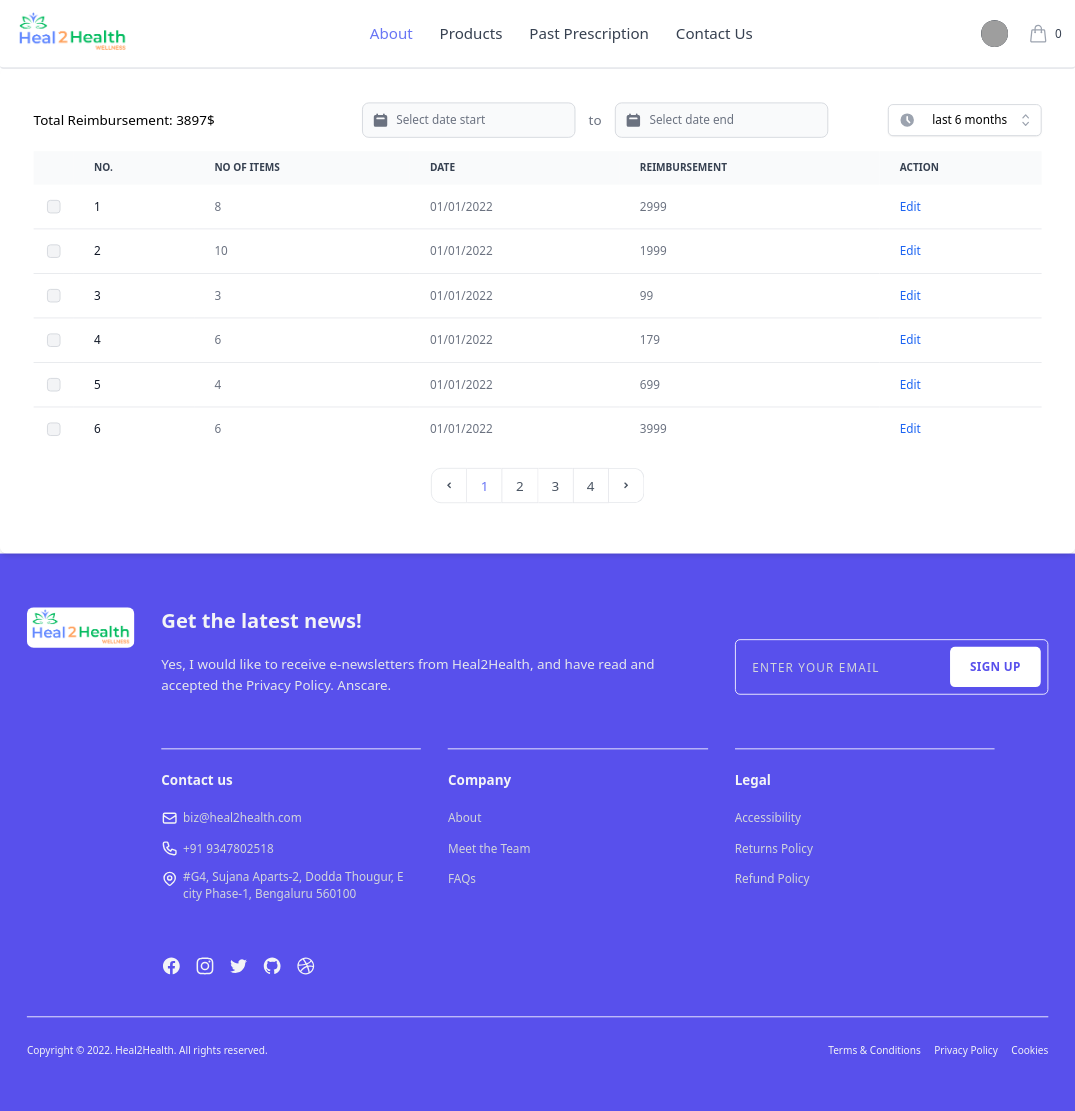
Repository: Akash123-coder/H2H
Page: /pastprescription (app in Frontend/)
The author's editor kept a copy of each file at every save. The page is drawn from the files as they stood at one save, then again after the next save.
The browser window is 1280 px wide. The pictures show the whole page, at 84% of full size.
Pictures or frames that could not be fetched are drawn as grey boxes. The project was rebuilt for these pictures with package versions that can differ from the ones it lists, and the page was loaded fresh each time. Also part of the build but not shown: Frontend/vite.config.ts, Frontend/src/pages/About.tsx, Frontend/src/components/Cta.jsx, Frontend/src/pages/Home.jsx, Frontend/src/components/Product.tsx, Frontend/src/pages/Prescription.jsx, Frontend/src/pages/SignUp.jsx, Frontend/src/pages/Login.jsx and 1 more.

Above is the page before, as saved 2022-10-04 13:32:10.

### Frontend/index.html
<!DOCTYPE html>
<html lang="en">
  <head>
    <meta charset="UTF-8" />
    <link rel="icon" type="image/svg+xml" href="/vite.svg" />
    <meta name="viewport" content="width=device-width, initial-scale=1.0" />
    <title>Heal2Health</title>
  </head>
  <body>
    <div id="root"></div>
    <script type="module" src="/src/main.tsx"></script>
  </body>
</html>

### Frontend/src/main.tsx
import React from 'react'
import ReactDOM from 'react-dom/client'
import App from './App'
import './index.css'
import {BrowserRouter} from 'react-router-dom'

ReactDOM.createRoot(document.getElementById('root') as HTMLElement).render(
  <React.StrictMode>
    <BrowserRouter>
    <App />
    </BrowserRouter>
  </React.StrictMode>
)

### Frontend/src/App.jsx
import { Routes, Route } from "react-router-dom";
import Navbar from "./components/Navbar.jsx";
import { ShoppingCartProvider } from "./context/ShoppingCartContext";
import About from "./pages/About";
import Home from "./pages/Home";
import Prescription from "./pages/Prescription";
import SignUp from "./pages/SignUp";
import Footer from "./components/Footer";
import Login from "./pages/Login";
import Cart from "./pages/Cart";
import CompanyNameSelect from "./pages/CompanyNameSelect.jsx";
import PastPrescription from "./pages/PastPrescription.jsx";

function App() {
  return (
    <ShoppingCartProvider>
      <Navbar />
      <Routes>
        <Route path="/" element={<Home />} />
        <Route path="/prescription" element={<Prescription />} />
        <Route path="/about" element={<About />} />
        <Route path="/login" element={<Login />} />
        <Route path="/SignUp" element={<SignUp />} />
        <Route path="/pastprescription" element={<PastPrescription />} />
        {/* <Route path="/SignUp" element={<CompanyNameSelect />} /> */}
      </Routes>
      <Footer />
    </ShoppingCartProvider>
  );
}

export default App;

### Frontend/src/components/Navbar.jsx
// import user from '../assets/user.png'
import { useState } from 'react'
import logo from '../assets/logo.png'
import {NavLink} from 'react-router-dom'
import { ShoppingBagIcon } from "@heroicons/react/24/outline";
import Cart from '../pages/Cart'

function Navbar() {
    const [Active, setActive] = useState(true)

    const showMenu = () =>{
        setActive(!Active)
    }

  return (
    <div>
      <nav className="bg-white border-b-2  px-2 sm:px-4  py-2.5 rounded fixed-top sticky top-0  dark:bg-gray-900 ">
        <div className="container flex flex-wrap justify-between items-center mx-auto">
          <a href="/" className="flex items-center ">
            <img
              src={logo}
              className="mr-3 h-16 lg:h-14 sm:h-12"
              alt="Flowbite Logo"
            />
          </a>
          <div className="flex items-center md:order-2">
            <NavLink
              to="/login"
              type="button"
              className="flex mr-3 text-sm bg-gray-800 rounded-full md:mr-0 focus:ring-4 focus:ring-gray-300 dark:focus:ring-gray-600"
              id="user-menu-button"
              aria-expanded="false"
              data-dropdown-toggle="user-dropdown"
              data-dropdown-placement="bottom"
            >
              <span className="sr-only">Open user menu</span>
              <img
                className="w-8 h-8 rounded-full"
                src="https://images.pexels.com/photos/614810/pexels-photo-614810.jpeg?auto=compress&cs=tinysrgb&dpr=1&w=500"
                alt="user photo"
              />
            </NavLink>
            <Cart />

            <button
              data-collapse-toggle="mobile-menu-2"
              type="button"
              className="  inlinkne-flex items-center p-2 ml-1 text-sm text-gray-500 rounded-lg md:hidden hover:bg-gray-100 focus:outlinkne-none focus:ring-2 focus:ring-gray-200 dark:text-gray-400 dark:hover:bg-gray-700 dark:focus:ring-gray-600"
              aria-controls="mobile-menu-2"
              aria-expanded="false"
            >
              <span className="sr-only">Open main menu</span>
              <svg
                className="w-6 h-6"
                aria-hidden="true"
                onClick={showMenu}
                fill="currentColor"
                viewBox="0 0 20 20"
                xmlns="http://www.w3.org/2000/svg"
              >
                <path
                  fill-rule="evenodd"
                  d="M3 5a1 1 0 011-1h12a1 1 0 110 2H4a1 1 0 01-1-1zM3 10a1 1 0 011-1h12a1 1 0 110 2H4a1 1 0 01-1-1zM3 15a1 1 0 011-1h12a1 1 0 110 2H4a1 1 0 01-1-1z"
                  clinkp-rule="evenodd"
                ></path>
              </svg>
            </button>
          </div>
          <div
            className={
              !Active
                ? " justify-between items-center w-full md:flex md:w-auto md:order-1 border-b-stone-500"
                : "hidden"
            }
            id="mobile-menu-2"
          >
            <ul className="flex flex-col p-4 mt-4  bg-gray-50 rounded-lg border border-gray-100 md:flex-row md:space-x-8 md:mt-0 md:text-sm md:font-medium md:border-0 md:bg-white dark:bg-gray-800 md:dark:bg-gray-900 dark:border-gray-700">
              <NavLink to="/">
                <a
                  className="block py-2 pr-4 pl-3 text-lg text-white bg-indigo-700 rounded md:bg-transparent md:text-indigo-700 md:p-0 dark:text-white"
                  aria-current="page "
                  onClick={showMenu}
                >
                  About
                </a>
              </NavLink>
              {/* <NavLink to="/about">
                <a
                  className="block py-2 pr-4 pl-3 text-lg text-gray-700 rounded hover:bg-gray-100 md:hover:bg-transparent md:hover:text-indigo-700 md:p-0 dark:text-gray-400 md:dark:hover:text-white dark:hover:bg-gray-700 dark:hover:text-white md:dark:hover:bg-transparent dark:border-gray-700"
                  onClick={showMenu}
                >
                  About
                </a>
              </NavLink> */}

              <NavLink to="/Prescription">
                <a
                  href="#"
                  className="block py-2 pr-4 pl-3 text-lg text-gray-700 rounded hover:bg-gray-100 md:hover:bg-transparent md:hover:text-indigo-700 md:p-0 dark:text-gray-400 md:dark:hover:text-white dark:hover:bg-gray-700 dark:hover:text-white md:dark:hover:bg-transparent dark:border-gray-700"
                  onClick={showMenu}
                >
                  Products
                </a>
              </NavLink>
              <NavLink to="/PastPrescription">
                <a
                  href="#"
                  className="block py-2 pr-4 pl-3 text-lg text-gray-700 rounded hover:bg-gray-100 md:hover:bg-transparent md:hover:text-indigo-700 md:p-0 dark:text-gray-400 md:dark:hover:text-white dark:hover:bg-gray-700 dark:hover:text-white md:dark:hover:bg-transparent dark:border-gray-700"
                  onClick={showMenu}
                  to="/pastprescription"
                >
                  Past Prescription
                </a>
              </NavLink>

              <a
                href="#contact"
                className="block py-2 pr-4 pl-3 text-lg text-gray-700 rounded hover:bg-gray-100 md:hover:bg-transparent md:hover:text-indigo-700 md:p-0 dark:text-gray-400 md:dark:hover:text-white dark:hover:bg-gray-700 dark:hover:text-white md:dark:hover:bg-transparent dark:border-gray-700"
                onClick={showMenu}
              >
                Contact Us
              </a>
            </ul>
          </div>
          <div
            className={
              "hidden justify-between  items-center w-full md:flex md:w-auto md:order-1"
            }
            id="mobile-menu-2"
          >
            <ul className="flex flex-col p-4 mt-4  bg-gray-50 rounded-lg border border-gray-100 md:flex-row md:space-x-8 md:mt-0 md:text-sm md:font-medium md:border-0 md:bg-white dark:bg-gray-800 md:dark:bg-gray-900 dark:border-gray-700">
              <NavLink to="/">
                <a
                  href="#"
                  className="block py-2 pr-4 pl-3 text-lg text-white bg-indigo-700 rounded md:bg-transparent md:text-indigo-500 md:p-0 dark:text-white"
                  aria-current="page"
                >
                  About
                </a>
              </NavLink>
              {/* <NavLink to="/about">
                <a
                  href="#"
                  className="block py-2 pr-4 pl-3 text-gray-700 rounded text-lg hover:bg-gray-100 md:hover:bg-transparent md:hover:text-indigo-700 md:p-0 dark:text-gray-400 md:dark:hover:text-white dark:hover:bg-gray-700 dark:hover:text-white md:dark:hover:bg-transparent dark:border-gray-700"
                >
                  About
                </a>
              </NavLink> */}

              <NavLink to="/prescription">
                <a
                  href="#"
                  className="block py-2 pr-4 pl-3 text-gray-700 rounded text-lg hover:bg-gray-100 md:hover:bg-transparent md:hover:text-indigo-500 md:p-0 dark:text-gray-400 md:dark:hover:text-white dark:hover:bg-gray-700 dark:hover:text-white md:dark:hover:bg-transparent dark:border-gray-700"
                >
                  Products
                </a>
              </NavLink>
              <NavLink to="/PastPrescription">
                <a
                  href="#"
                  className="block py-2 pr-4 pl-3 text-lg text-gray-700 rounded hover:bg-gray-100 md:hover:bg-transparent md:hover:text-indigo-700 md:p-0 dark:text-gray-400 md:dark:hover:text-white dark:hover:bg-gray-700 dark:hover:text-white md:dark:hover:bg-transparent dark:border-gray-700"
                  to="/pastprescription"
                >
                  Past Prescription
                </a>
              </NavLink>
              <a
                href="#contact"
                className="block py-2 pr-4 pl-3 text-gray-700 rounded text-lg hover:bg-gray-100 md:hover:bg-transparent md:hover:text-indigo-500 md:p-0 dark:text-gray-400 md:dark:hover:text-white dark:hover:bg-gray-700 dark:hover:text-white md:dark:hover:bg-transparent dark:border-gray-700"
              >
                Contact Us
              </a>
            </ul>
          </div>
        </div>
      </nav>
    </div>
  );
}

export default Navbar

### Frontend/src/context/ShoppingCartContext.tsx
import {useContext ,useState, createContext ,ReactNode} from 'react'

const ShoppingCartContext = createContext({})

type ShoppingCartProviderProps ={
    children: ReactNode
}
type CartItem = {
    id: number
    quantity:number
}


type ShoppingCartContext ={
    CartQuantity:number
    CartItems:CartItem[]
    getItemQuantity:(id: number) => number
    increaseItemQuantity:(id: number) => void
    decreaseItemQuantity:(id: number) => void
    removeFromCart:(id: number) => void
}

export function useShoppingCart() {
  return ( useContext(ShoppingCartContext)
  )
}

export function ShoppingCartProvider({children}:ShoppingCartProviderProps){
    const [cartItems ,setCartItems] = useState<CartItem>([]);

    const CartQuantity = cartItems.reduce(
        (quantity ,item) => item.quantity + quantity,0
    )

    function getItemQuantity(id : number){
        return cartItems.find( item => item.id === id)?.quantity || 0
    }
    function increaseItemQuantity(id : number){
         setCartItems(currItems =>{
            if(currItems.find(item => item.id === id)==null){
                return [...currItems, {id , quantity : 1}]

            } else {
                return currItems.map(item =>{
                    if(item.id === id ){
                        return {...item ,quantity: item.quantity + 1}
                    }else{
                        return item
                    }
                })
            }
         })
    }
    function decreaseItemQuantity(id: number) {
        setCartItems(currItems => {
          if (currItems.find(item => item.id === id)?.quantity === 1) {
            return currItems.filter(item => item.id !== id)
          } else {
            return currItems.map(item => {
              if (item.id === id) {
                return { ...item, quantity: item.quantity - 1 }
              } else {
                return item
              }
            })
          }
        })
      }
    function removeFromCart(id : number){
        setCartItems(currItems =>{
            return currItems.filter(item =>item.id!==id)
        })
    }
    return (

        <ShoppingCartContext.Provider value = {{getItemQuantity,increaseItemQuantity,decreaseItemQuantity ,removeFromCart,cartItems,CartQuantity}}>
            {children}
        </ShoppingCartContext.Provider>
    )
}

### Frontend/src/components/DatePickercomp.jsx
// import  React from "react";
// import TextField from "@mui/material/TextField";
// import Box from "@mui/material/Box";
// import { LocalizationProvider } from "@mui/x-date-pickers-pro";
// import { AdapterDayjs } from "@mui/x-date-pickers-pro/AdapterDayjs";
// import { DateRangePicker } from "@mui/x-date-pickers-pro/DateRangePicker";

// export default function BasicDateRangePicker() {
//   const [value, setValue] = React.useState([null, null]);

//   return (
//     <LocalizationProvider
//       dateAdapter={AdapterDayjs}
//       localeText={{ start: "Check-in", end: "Check-out" }}
//     >
//       <DateRangePicker
//         value={value}
//         onChange={(newValue) => {
//           setValue(newValue);
//         }}
//         renderInput={(startProps, endProps) => (
//           <React.Fragment>
//             <TextField {...startProps} />
//             <Box sx={{ mx: 2 }}> to </Box>
//             <TextField {...endProps} />
//           </React.Fragment>
//         )}
//       />
//     </LocalizationProvider>
//   );
// }

import React from 'react'

function DatePickercomp() {
  return (
    <div>
<div date-rangepicker="" class="flex items-center">
  <div class="relative">
    <div class="flex absolute inset-y-0 left-0 items-center pl-3 pointer-events-none">
        <svg aria-hidden="true" class="w-5 h-5 text-gray-500 dark:text-gray-400" fill="currentColor" viewBox="0 0 20 20" xmlns="http://www.w3.org/2000/svg"><path fill-rule="evenodd" d="M6 2a1 1 0 00-1 1v1H4a2 2 0 00-2 2v10a2 2 0 002 2h12a2 2 0 002-2V6a2 2 0 00-2-2h-1V3a1 1 0 10-2 0v1H7V3a1 1 0 00-1-1zm0 5a1 1 0 000 2h8a1 1 0 100-2H6z" clip-rule="evenodd"></path></svg>
    </div>
    <input name="start" type="text" class="bg-gray-50 border border-gray-300 text-gray-900 sm:text-sm rounded-lg focus:ring-blue-500 focus:border-blue-500 block w-full pl-10 p-2.5 dark:bg-gray-700 dark:border-gray-600 dark:placeholder-gray-400 dark:text-white dark:focus:ring-blue-500 dark:focus:border-blue-500 datepicker-input" placeholder="Select date start"/>
  </div>
  <span class="mx-4 text-gray-500">to</span>
  <div class="relative">
    <div class="flex absolute inset-y-0 left-0 items-center pl-3 pointer-events-none">
        <svg aria-hidden="true" class="w-5 h-5 text-gray-500 dark:text-gray-400" fill="currentColor" viewBox="0 0 20 20" xmlns="http://www.w3.org/2000/svg"><path fill-rule="evenodd" d="M6 2a1 1 0 00-1 1v1H4a2 2 0 00-2 2v10a2 2 0 002 2h12a2 2 0 002-2V6a2 2 0 00-2-2h-1V3a1 1 0 10-2 0v1H7V3a1 1 0 00-1-1zm0 5a1 1 0 000 2h8a1 1 0 100-2H6z" clip-rule="evenodd"></path></svg>
    </div>
    <input name="end" type="text" class="bg-gray-50 border border-gray-300 text-gray-900 sm:text-sm rounded-lg focus:ring-blue-500 focus:border-blue-500 block w-full pl-10 p-2.5 dark:bg-gray-700 dark:border-gray-600 dark:placeholder-gray-400 dark:text-white dark:focus:ring-blue-500 dark:focus:border-blue-500 datepicker-input" placeholder="Select date end"/>
</div>
</div>
</div>
  )
}

export default DatePickercomp

### Frontend/src/components/Select.jsx
/* This example requires Tailwind CSS v2.0+ */
import { Fragment, useState } from "react";
import { Listbox, Transition } from "@headlessui/react";
import { CheckIcon, ChevronUpDownIcon } from "@heroicons/react/20/solid";

const people = [
  {
    id: 1,
    name: " last 30 days",
  },
  {
    id: 2,
    name: "last day",
    avatar:
      "https://images.unsplash.com/photo-1550525811-e5869dd03032?ixlib=rb-1.2.1&auto=format&fit=facearea&facepad=2&w=256&h=256&q=80",
  },
  {
    id: 3,
    name: "last 7 days",
    avatar:
      "https://images.unsplash.com/photo-1500648767791-00dcc994a43e?ixlib=rb-1.2.1&ixid=eyJhcHBfaWQiOjEyMDd9&auto=format&fit=facearea&facepad=2.25&w=256&h=256&q=80",
  },
  {
    id: 4,
    name: "last 6 months",
    avatar:
      "https://images.unsplash.com/photo-1472099645785-5658abf4ff4e?ixlib=rb-1.2.1&ixid=eyJhcHBfaWQiOjEyMDd9&auto=format&fit=facearea&facepad=2&w=256&h=256&q=80",
  },
];

function classNames(...classes) {
  return classes.filter(Boolean).join(" ");
}

export default function Select() {
  const [selected, setSelected] = useState(people[3]);

  return (
    <Listbox value={selected} onChange={setSelected}>
      {({ open }) => (
        <>
          <div className="relative ">
            <Listbox.Button className="relative w-full  cursor-default rounded-md border border-gray-300 bg-white py-2 pl-3 pr-10 text-left shadow-sm focus:border-indigo-500 focus:outline-none focus:ring-1 focus:ring-indigo-500 sm:text-sm">
              <span className="flex items-center">
                <svg
                  class="mr-2 w-5 h-5 text-gray-400"
                  aria-hidden="true"
                  fill="currentColor"
                  viewBox="0 0 20 20"
                  xmlns="http://www.w3.org/2000/svg"
                >
                  <path
                    fill-rule="evenodd"
                    d="M10 18a8 8 0 100-16 8 8 0 000 16zm1-12a1 1 0 10-2 0v4a1 1 0 00.293.707l2.828 2.829a1 1 0 101.415-1.415L11 9.586V6z"
                    clip-rule="evenodd"
                  ></path>
                </svg>
                <span className="ml-3 block truncate">{selected.name}</span>
              </span>
              <span className="pointer-events-none absolute inset-y-0 right-0 ml-3 flex items-center pr-2">
                <ChevronUpDownIcon
                  className="h-5 w-5 text-gray-400"
                  aria-hidden="true"
                />
              </span>
            </Listbox.Button>

            <Transition
              show={open}
              as={Fragment}
              leave="transition ease-in duration-100"
              leaveFrom="opacity-100"
              leaveTo="opacity-0"
            >
              <Listbox.Options className="absolute z-10 mt-1 max-h-56 w-full overflow-auto rounded-md bg-white py-1 text-base shadow-lg ring-1 ring-black ring-opacity-5 focus:outline-none sm:text-sm">
                {people.map((person) => (
                  <Listbox.Option
                    key={person.id}
                    className={({ active }) =>
                      classNames(
                        active ? "text-white bg-indigo-600" : "text-gray-900",
                        "relative cursor-default select-none py-2 pl-3 pr-9"
                      )
                    }
                    value={person}
                  >
                    {({ selected, active }) => (
                      <>
                        <div className="flex items-center">

                          <span
                            className={classNames(
                              selected ? "font-semibold" : "font-normal",
                              "ml-3 block truncate"
                            )}
                          >
                            {person.name}
                          </span>
                        </div>

                        {selected ? (
                          <span
                            className={classNames(
                              active ? "text-white" : "text-indigo-600",
                              "absolute inset-y-0 right-0 flex items-center pr-4"
                            )}
                          >
                            <CheckIcon className="h-5 w-5" aria-hidden="true" />
                          </span>
                        ) : null}
                      </>
                    )}
                  </Listbox.Option>
                ))}
              </Listbox.Options>
            </Transition>
          </div>
        </>
      )}
    </Listbox>
  );
}

### Frontend/tailwind.config.cjs
/** @type {import('tailwindcss').Config} */
module.exports = {
  content: [
    "./src/**/*.{js,jsx,ts,tsx}",
    "node_modules/flowbite-react/**/*.{js,jsx,ts,tsx}",
  ],
  theme: {
    extend: {},
  },
  plugins: [require("flowbite/plugin"), require("@tailwindcss/forms")],
};

Loaded but not shown: Frontend/src/index.css (common file); Frontend/src/components/Footer.jsx (300 lines, source omitted); Frontend/src/pages/PastPrescription.jsx (299 lines, source omitted); Frontend/src/pages/Cart.jsx (227 lines, source omitted)

After the next save:
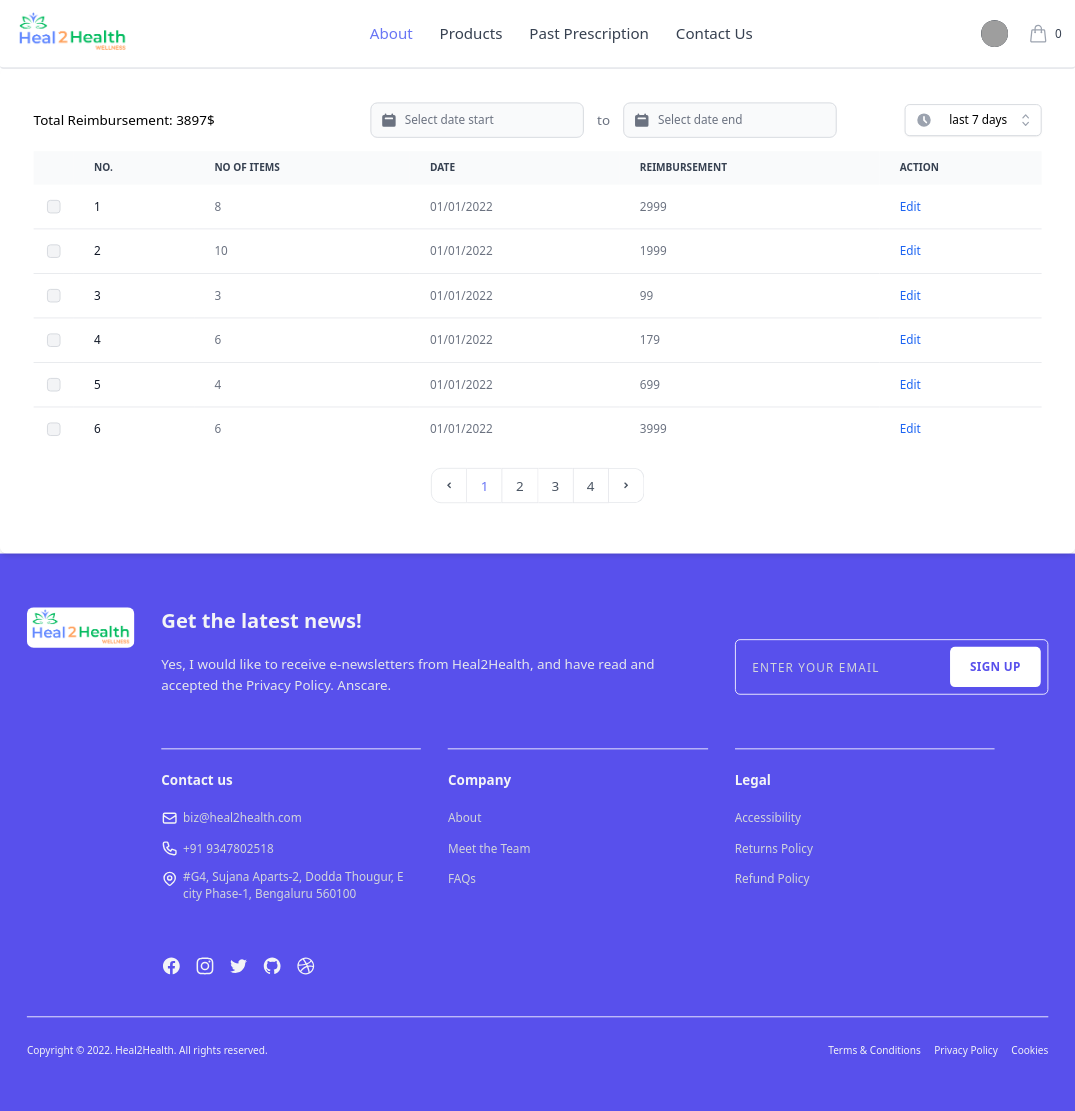
Saved 9 min 9 s later.
--- a/Frontend/src/components/Select.jsx
+++ b/Frontend/src/components/Select.jsx
@@ -5,26 +5,24 @@ import { CheckIcon, ChevronUpDownIcon } from "@heroicons/react/20/solid";
 
 const people = [
   {
+    id: 5,
+    name: "Till date",
+  },
+  {
     id: 1,
     name: " last 30 days",
   },
   {
     id: 2,
     name: "last day",
-    avatar:
-      "https://images.unsplash.com/photo-1550525811-e5869dd03032?ixlib=rb-1.2.1&auto=format&fit=facearea&facepad=2&w=256&h=256&q=80",
   },
   {
     id: 3,
     name: "last 7 days",
-    avatar:
-      "https://images.unsplash.com/photo-1500648767791-00dcc994a43e?ixlib=rb-1.2.1&ixid=eyJhcHBfaWQiOjEyMDd9&auto=format&fit=facearea&facepad=2.25&w=256&h=256&q=80",
   },
   {
     id: 4,
     name: "last 6 months",
-    avatar:
-      "https://images.unsplash.com/photo-1472099645785-5658abf4ff4e?ixlib=rb-1.2.1&ixid=eyJhcHBfaWQiOjEyMDd9&auto=format&fit=facearea&facepad=2&w=256&h=256&q=80",
   },
 ];
 
